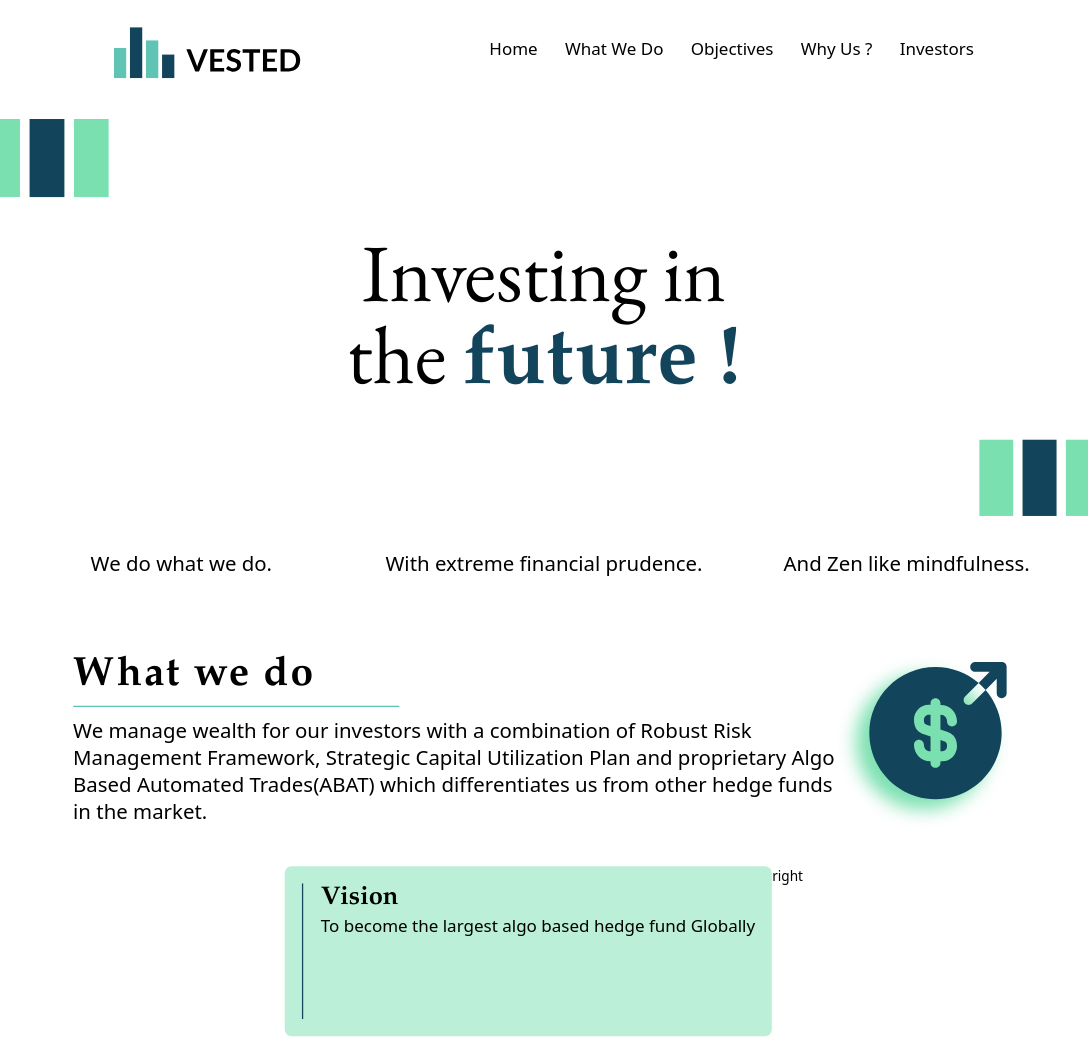
Repository: husainmamuwala/TippingPointsFinancial
Page: /
An editor plug-in stored every save of this project. The page is shown before and after a run of saves, followed by the edit.
The browser window is 1280 px wide. The pictures show the whole page, at 85% of full size.
The project was rebuilt for these pictures with package versions that can differ from the ones it lists, and the page was loaded fresh each time. The framework's server and built-in components were replaced by stand-ins that run in the browser. Also part of the build but not shown: next.config.js.

Above is the page before, as saved 2022-10-15 18:48:10.

After the next 4 saves:
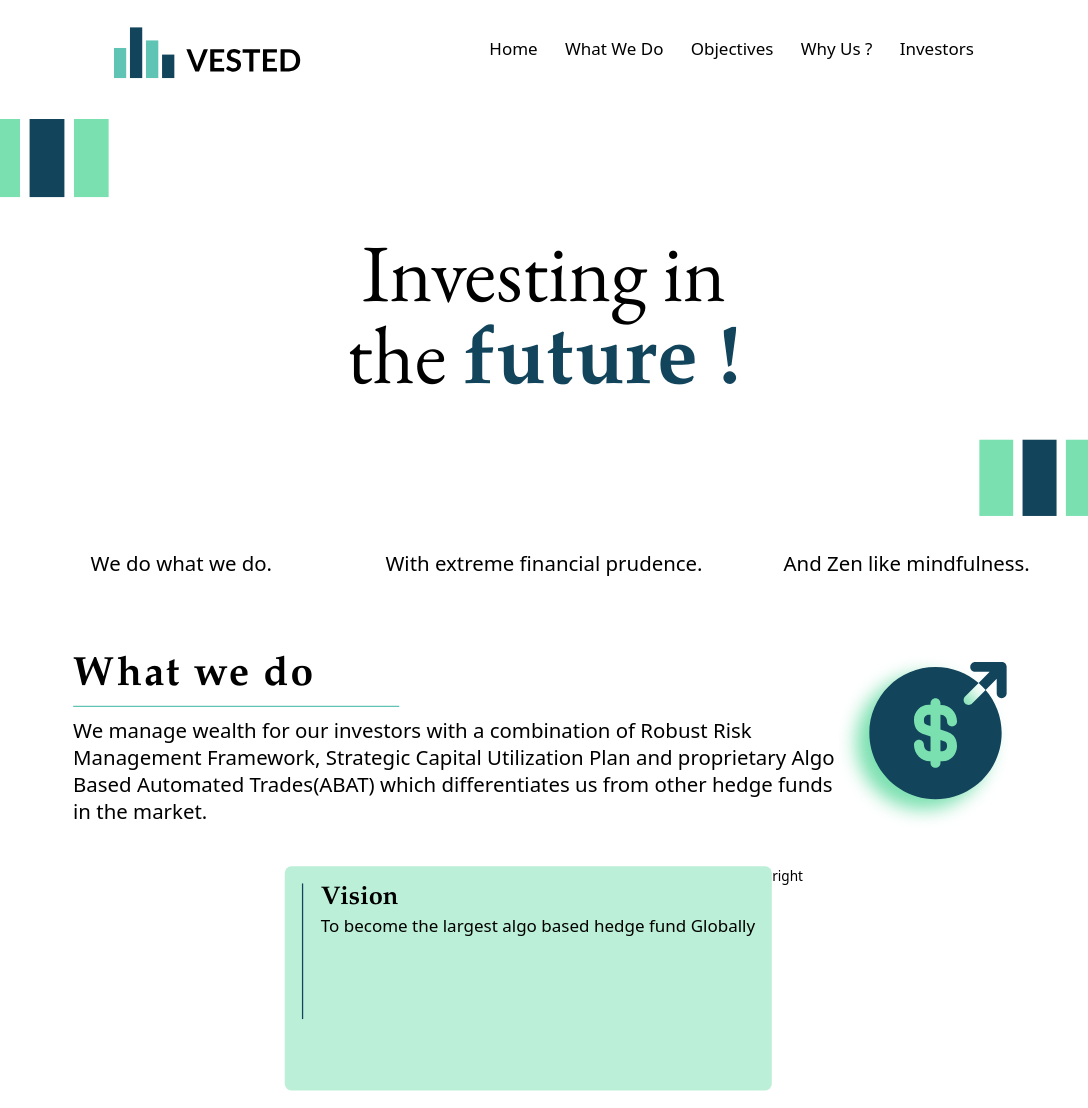
The 4 saves are shown as one change because they came seconds apart.
The last was saved 12 s later.
--- a/components/Objectives.jsx
+++ b/components/Objectives.jsx
@@ -5,7 +5,7 @@
     <div className='flex flex-col md:flex-row justify-center py-5 px-10 md:px-0'>
         <div className=''>
           <div className='relative w-full bg-[#7BE0B0] bg-opacity-50 rounded-lg p-5 flex flex-row '>
-              <div className='pr-5 lg:h-'>
+              <div className='pr-5 h-28 lg:h-56'>
                   <svg width="2" height="160" viewBox="0 0 2 160" fill="none" xmlns="http://www.w3.org/2000/svg">
                   <line x1="1" y1="4.37114e-08" x2="0.999993" y2="160" stroke="#12445B" stroke-width="2"/>
                   </svg>
